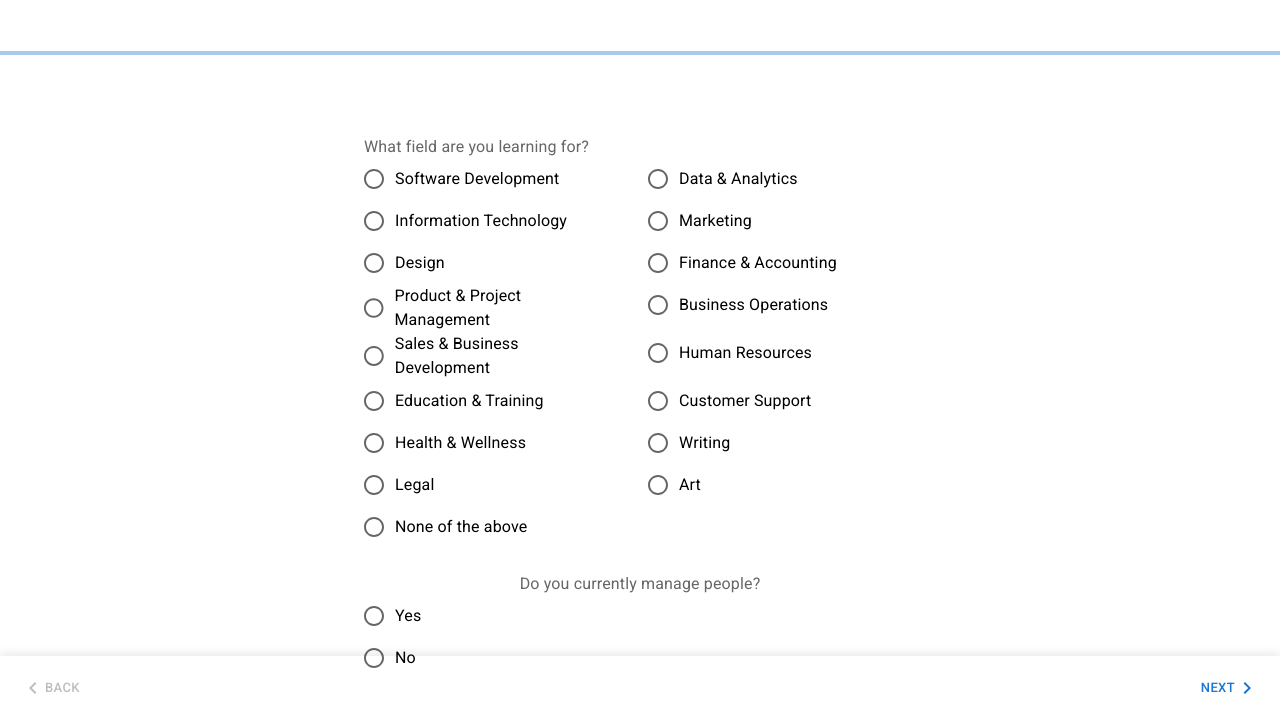
Repository: Quanf-dev/udemyclone
Page: /field (app in client/)
The author's editor kept a copy of each file at every save. The page is drawn from the files as they stood at one save, then again after the next save.
The browser window is 1280 px wide. The pictures show the whole page.
The page's requests for data from a server got no answer. The project was rebuilt for these pictures with package versions that can differ from the ones it lists, and the page was loaded fresh each time. No one was signed in, and anything a server would have sent is missing. Also part of the build but not shown: client/vite.config.js, client/src/components/header/Header.css, client/src/components/header/Header.jsx, client/src/components/nav-bar/NavBar.module.css, client/src/components/search-bar/SearchBar.module.css, client/src/components/search-bar/SearchBar.jsx, client/src/components/teach-on-udemy-modal/ConfirmTeachModal.module.css, client/src/components/teach-on-udemy-modal/ConfirmTeachModal.jsx and 88 more.

Above is the page before, as saved 2024-12-19 20:19:43.

### client/src/main.jsx
import { StrictMode } from "react";
import { createRoot } from "react-dom/client";
import "./css/index.css";
import App from "./App.jsx";

createRoot(document.getElementById("root")).render(
  <StrictMode>
    <App />
  </StrictMode>
);

### client/src/css/index.css
@import "./reset.css";

body {
  font-family: -apple-system, BlinkMacSystemFont, "Segoe UI", "Roboto", "Oxygen",
    "Ubuntu", "Cantarell", "Fira Sans", "Droid Sans", "Helvetica Neue",
    sans-serif;
  -webkit-font-smoothing: antialiased;
  -moz-osx-font-smoothing: grayscale;
}

code {
  font-family: source-code-pro, Menlo, Monaco, Consolas, "Courier New",
    monospace;
}

### client/src/App.jsx
import { createContext, useEffect, useState } from "react";
import "./App.css";
import { BrowserRouter as Router, Routes, Route } from "react-router-dom";
import HomePage from "./pages/home-page/HomePage";
import SingleCoursePage from "./pages/single-course-page/SingleCoursePage";
import PageNotFound from "./components/page-not-found/PageNotFound";
import PersonalizeFieldPage from "./pages/personalize-field-page/PersonalizeFieldPage";
import SignupPage from "./pages/auth-page/signup-page/SignupPage";
import { fetchSeveralCourses } from "./service/api.service";
import LoginPage from "./pages/auth-page/login-page/LoginPage";
import EditProfilePage from "./pages/edit-profile-page/EditProfilePage";
import ProtectedRouteProfile from "./protectedRouter/ProtectedRouteProfile";
import SuccessPayment from "./pages/success-payment-page/SuccessPayment";
import FavoriteCourses from "./pages/favorite-courses-page/FavoriteCourses";

export const Data = createContext();
export const FetchState = createContext();
export const SearchTermContext = createContext();
export const SetSearchTermContext = createContext();

function App() {
  const [coursesData, setCoursesData] = useState({});
  const [fetched, setAsFetched] = useState(false);

  useEffect(() => {
    // const getData = () => {
    //   fetch("https://api.npoint.io/97d7e0d71e507947a59f")
    //     .then((response) => response.json())
    //     .then((jsonFile) => {
    //       setCoursesData(jsonFile["data"]);
    //       setAsFetched(true);
    //     });
    // };
    // getData();

    loadData();
  }, []);

  const loadData = async () => {
    const res = await fetchSeveralCourses();
    setCoursesData(res.data);
    setAsFetched(true);

    console.log(res.data);
  };

  return (
    <Data.Provider value={coursesData}>
      <FetchState.Provider value={fetched}>
        <Router>
          {" "}
          <Routes>
            {" "}
            <Route path="/" element={<HomePage />} />{" "}
            <Route
              path="/courses/:courseId"
              element={<SingleCoursePage />}
            ></Route>
            <Route path="*" element={<PageNotFound />}></Route>
            <Route path="field" element={<PersonalizeFieldPage />}></Route>
            <Route
              path="edit-profile"
              element={
                // <ProtectedRouteProfile>
                //   <EditProfilePage />
                // </ProtectedRouteProfile>
                <EditProfilePage />
              }
            />{" "}
            <Route path="signup" element={<SignupPage />}></Route>
            <Route path="payment" element={<SuccessPayment />}></Route>
            <Route path="favorite" element={<FavoriteCourses />}></Route>
            <Route path="login" element={<LoginPage />}></Route>
          </Routes>{" "}
        </Router>
      </FetchState.Provider>
    </Data.Provider>
  );
}

export default App;

### client/src/css/reset.css
html {
  line-height: 1.5;
  box-sizing: border-box;
  scroll-behavior: smooth;
}
* {
  margin: 0;
  padding: 0;
}
*,
*:before,
*:after {
  box-sizing: border-box;
}
input,
textarea,
select,
button {
  outline: none;
  font: inherit;
}
input {
  line-height: normal;
}
label,
button {
  cursor: pointer;
  user-select: none !important;
}
ul {
  list-style: none;
}
a {
  text-decoration: none;
}
img,
picture,
video,
canvas,
svg {
  display: block;
  max-width: 100%;
  user-select: none !important;
}

p,
h1,
h2,
h3,
h4,
h5,
h6 {
  overflow-wrap: break-word;
}

/* Mobie: width < 740px */
@media only screen and (max-width: 46.1875em) {
  input[type="color"],
  input[type="date"],
  input[type="datetime"],
  input[type="datetime-local"],
  input[type="email"],
  input[type="month"],
  input[type="number"],
  input[type="password"],
  input[type="search"],
  input[type="tel"],
  input[type="text"],
  input[type="time"],
  input[type="url"],
  input[type="week"],
  select:focus,
  textarea {
    font-size: 16px;
  }
}

### client/src/pages/personalize-field-page/PersonalizeFieldPage.jsx
import React from "react";
import HorizontalLinearStepper from "./components/horizontal-linear-stepper/HorizontalLinearStepper";
import NavBar from "../../components/nav-bar/NavBar";
import SurveyForm from "./components/survey-form/SurveyForm";

const PersonalizeFieldPage = () => {
  return (
    <>
      <HorizontalLinearStepper />
    </>
  );
};

export default PersonalizeFieldPage;

### client/src/service/api.service.js
import axios from "./axios.customize"

// user
const createUser = (data) => {
    const URL_BACKEND = '/v1/user'

    return axios.post(URL_BACKEND, data)
}

const fetchUser = (id) => {
    const URL_BACKEND = `/v1/user/${id}`

    return axios.get(URL_BACKEND)
}

const fetchSeveralUsersForRoot = (current, size) => {
    const URL_BACKEND = `/v1/users?page=${current}&size=${size}`

    return axios.get(URL_BACKEND)
}

const fetchSeveralUsersForAdmin = (current, size) => {
    const URL_BACKEND = `/v1/users?page=${current}&size=${size}&filter=role!'ROOT'`

    return axios.get(URL_BACKEND)
}

const deleteUser = (id) => {
    const URL_BACKEND = `/v1/user/${id}`

    return axios.delete(URL_BACKEND)
}

const updateUser = (data) => {
    const URL_BACKEND = `/v1/user`

    return axios.put(URL_BACKEND, data)
}

const activeUser = (id, isActive) => {
    const URL_BACKEND = `/v1/user/${id}`

    return axios.patch(URL_BACKEND, { active: isActive })
}

// field
const fetchSeveralFields = () => {
    const URL_BACKEND = `/v1/fields`

    return axios.get(URL_BACKEND)
}

// skill
const fetchSeveralSkills = () => {
    const URL_BACKEND = `/v1/skills`

    return axios.get(URL_BACKEND)
}

//achievement
const fetchSeveralAchievements = () => {
    const URL_BACKEND = `/v1/achievements`

    return axios.get(URL_BACKEND)
}

//file
const uploadFile = (file, folder, id) => {
    const URL_BACKEND = "/v1/file"

    // can thiệp vào request header
    let config = {
        headers: {
            "Content-type": "multipart/form-data"
        }
    }

    const bodyFormData = new FormData()

    // truyền vào key và value
    bodyFormData.append("folder", folder)
    bodyFormData.append("file", file)
    bodyFormData.append("id", id)

    return axios.post(URL_BACKEND, bodyFormData, config)
}

//auth
const login = (data) => {
    const URL_BACKEND = "/v1/login"

    return axios.post(URL_BACKEND, data)
}

const sendEmailVerification = (email) => {
    const URL_BACKEND = "/v1/email/register"

    const data = {
        loginName: email
    }

    const config = {
        withCredentials: true,  // Quan trọng để xử lý cookie
        headers: {
            'Content-Type': 'application/json'
        }
    };


    return axios.post(URL_BACKEND, data, config);
}

// course
const fetchSeveralCourses = () => {
    const URL_BACKEND = "/v1/courses"

    return axios.get(URL_BACKEND);
}

const fetchCourse = (id) => {
    const URL_BACKEND = `/v1/course/${id}`

    return axios.get(URL_BACKEND);
}

export {
    createUser, fetchUser, fetchSeveralUsersForRoot, fetchSeveralUsersForAdmin, deleteUser, updateUser, activeUser,
    fetchSeveralFields,
    fetchSeveralSkills,
    fetchSeveralAchievements,
    uploadFile,
    login, sendEmailVerification,
    fetchSeveralCourses, fetchCourse
}

### client/src/pages/personalize-field-page/components/horizontal-linear-stepper/HorizontalLinearStepper.jsx
import * as React from "react";
import { useTheme } from "@mui/material/styles";
import MobileStepper from "@mui/material/MobileStepper";
import Button from "@mui/material/Button";
import KeyboardArrowLeft from "@mui/icons-material/KeyboardArrowLeft";
import KeyboardArrowRight from "@mui/icons-material/KeyboardArrowRight";
import { Box, Container } from "@mui/material";
import styles from "./HorizontalLinearStepper.module.css";
import SurveyForm from "../survey-form/SurveyForm";
import Occupations from "../occupations-form/Occupations";
import { useNavigate } from "react-router-dom";

export default function HorizontalLinearStepper() {
  const maxSteps = 2;
  const [activeStep, setActiveStep] = React.useState(0);
  const navigate = useNavigate();
  const handleNext = () => {
    if (activeStep === maxSteps) navigate("/");
    setActiveStep((prevActiveStep) => prevActiveStep + 1);
  };

  const handleBack = () => {
    setActiveStep((prevActiveStep) => prevActiveStep - 1);
  };
  const steps = [
    {
      content: <SurveyForm />,
    },
    {
      content: <Occupations />,
    },
  ];

  return (
    <div>
      <nav className={styles.nav}></nav>
      <Box sx={{ maxWidth: "100vw" }}>
        <MobileStepper
          variant="progress"
          steps={maxSteps}
          position="static"
          activeStep={activeStep}
          className={styles.MobileStepper}
        />
        <Container sx={{ mt: 4, display: "flex", justifyContent: "center" }}>
          <Box
            component="form"
            sx={{
              width: "100%",
              maxWidth: 600,
              display: "flex",
              flexDirection: "column",
              alignItems: "start",
            }}
          >
            {steps[activeStep].content}
          </Box>
        </Container>

        <BottomNavigation
          handleBack={handleBack}
          handleNext={handleNext}
          activeStep={activeStep}
          maxSteps={maxSteps}
        />
      </Box>
    </div>
  );
}

const BottomNavigation = ({ handleBack, handleNext, activeStep, maxSteps }) => {
  const theme = useTheme();

  return (
    <Box
      sx={{
        position: "fixed",
        bottom: 0,
        width: "100%",
        display: "flex",
        justifyContent: "space-between",
        padding: 2,
        boxShadow: "0 -2px 10px rgba(0, 0, 0, 0.1)",
      }}
    >
      <Button size="small" onClick={handleBack} disabled={activeStep === 0}>
        {theme.direction === "rtl" ? (
          <KeyboardArrowRight />
        ) : (
          <KeyboardArrowLeft />
        )}
        Back
      </Button>
      <Button
        size="small"
        onClick={handleNext}
        disabled={activeStep === maxSteps - 1}
      >
        Next
        {theme.direction === "rtl" ? (
          <KeyboardArrowLeft />
        ) : (
          <KeyboardArrowRight />
        )}
      </Button>
    </Box>
  );
};

### client/src/pages/personalize-field-page/components/survey-form/SurveyForm.jsx
import React from "react";
import {
  Box,
  Container,
  FormControl,
  FormLabel,
  RadioGroup,
  FormControlLabel,
  Radio,
  Button,
  Typography,
  Grid,
} from "@mui/material";

const SurveyForm = () => {
  const [field, setField] = React.useState("");
  const [managePeople, setManagePeople] = React.useState("");

  const handleFieldChange = (event) => {
    setField(event.target.value);
  };

  const handleManagePeopleChange = (event) => {
    setManagePeople(event.target.value);
  };

  return (
    <Container sx={{ mt: 4, display: "flex", justifyContent: "center" }}>
      <Box
        component="form"
        sx={{
          width: "100%",
          maxWidth: 600,
          display: "flex",
          flexDirection: "column",
          alignItems: "start",
        }}
      >
        <FormControl component="fieldset" fullWidth margin="normal">
          <FormLabel component="legend">
            What field are you learning for?
          </FormLabel>
          <RadioGroup value={field} onChange={handleFieldChange}>
            <Grid container columnSpacing={2}>
              <Grid item xs={12} sm={6}>
                <FormControlLabel
                  value="software-development"
                  control={<Radio />}
                  label="Software Development"
                />
              </Grid>
              <Grid item xs={12} sm={6}>
                <FormControlLabel
                  value="data-analytics"
                  control={<Radio />}
                  label="Data & Analytics"
                />
              </Grid>
              <Grid item xs={12} sm={6}>
                <FormControlLabel
                  value="information-technology"
                  control={<Radio />}
                  label="Information Technology"
                />
              </Grid>
              <Grid item xs={12} sm={6}>
                <FormControlLabel
                  value="marketing"
                  control={<Radio />}
                  label="Marketing"
                />
              </Grid>
              <Grid item xs={12} sm={6}>
                <FormControlLabel
                  value="design"
                  control={<Radio />}
                  label="Design"
                />
              </Grid>
              <Grid item xs={12} sm={6}>
                <FormControlLabel
                  value="finance-accounting"
                  control={<Radio />}
                  label="Finance & Accounting"
                />
              </Grid>
              <Grid item xs={12} sm={6}>
                <FormControlLabel
                  value="product-project-management"
                  control={<Radio />}
                  label="Product & Project Management"
                />
              </Grid>
              <Grid item xs={12} sm={6}>
                <FormControlLabel
                  value="business-operations"
                  control={<Radio />}
                  label="Business Operations"
                />
              </Grid>
              <Grid item xs={12} sm={6}>
                <FormControlLabel
                  value="sales-business-development"
                  control={<Radio />}
                  label="Sales & Business Development"
                />
              </Grid>
              <Grid item xs={12} sm={6}>
                <FormControlLabel
                  value="human-resources"
                  control={<Radio />}
                  label="Human Resources"
                />
              </Grid>
              <Grid item xs={12} sm={6}>
                <FormControlLabel
                  value="education-training"
                  control={<Radio />}
                  label="Education & Training"
                />
              </Grid>
              <Grid item xs={12} sm={6}>
                <FormControlLabel
                  value="customer-support"
                  control={<Radio />}
                  label="Customer Support"
                />
              </Grid>
              <Grid item xs={12} sm={6}>
                <FormControlLabel
                  value="health-wellness"
                  control={<Radio />}
                  label="Health & Wellness"
                />
              </Grid>
              <Grid item xs={12} sm={6}>
                <FormControlLabel
                  value="writing"
                  control={<Radio />}
                  label="Writing"
                />
              </Grid>
              <Grid item xs={12} sm={6}>
                <FormControlLabel
                  value="legal"
                  control={<Radio />}
                  label="Legal"
                />
              </Grid>
              <Grid item xs={12} sm={6}>
                <FormControlLabel value="art" control={<Radio />} label="Art" />
              </Grid>
              <Grid item xs={12} sm={6}>
                <FormControlLabel
                  value="none"
                  control={<Radio />}
                  label="None of the above"
                />
              </Grid>
            </Grid>
          </RadioGroup>
        </FormControl>

        <FormControl component="fieldset" fullWidth margin="normal">
          <FormLabel component="legend" sx={{ textAlign: "center" }}>
            Do you currently manage people?
          </FormLabel>
          <RadioGroup value={managePeople} onChange={handleManagePeopleChange}>
            <FormControlLabel value="yes" control={<Radio />} label="Yes" />
            <FormControlLabel value="no" control={<Radio />} label="No" />
          </RadioGroup>
        </FormControl>
      </Box>
    </Container>
  );
};

export default SurveyForm;

### client/src/service/axios.customize.js
import axios from "axios";

const instance = axios.create({
  baseURL: import.meta.env.VITE_BACKEND_URL,
});

// Add a request interceptor
// cấu hình request trước khi gọi tới backend
instance.interceptors.request.use(
  function (config) {
    if (
      typeof window !== "undefined" &&
      window &&
      window.localStorage &&
      window.localStorage.getItem("token")
    ) {

      // gán vào header
      config.headers.Authorization =
        "Bearer " + window.localStorage.getItem("token");
    }
    // Do something before request is sent
    return config;
  },
  function (error) {
    // Do something with request error
    return Promise.reject(error);
  }
);

// Add a response interceptor
// cấu hình kết quả (data) trước khi phản hồi , trả về tới frontend
instance.interceptors.response.use(
  function (response) {
    if (response.data && response.data.data) {
      return response.data;
    }

    return response;
  },
  function (error) {
    console.log(error);

    if (error.code === "ERR_NETWORK") {
      return error.message;
    } else if (error.response && error.response.data) {
      return error.response.data;
    } else {
      return "Something wrong!";
    }

    // return Promise.reject(error);
  }
);

export default instance;

### client/src/pages/personalize-field-page/components/horizontal-linear-stepper/HorizontalLinearStepper.module.css
.nav {
  height: 3.2rem;
  padding: 1rem;
  z-index: 9999;
}
.MobileStepper {
  padding: 0px !important;
}
.MobileStepper span {
  width: 100%;
}

Loaded but not shown: client/index.html (common file); client/src/App.css (no stored copy; drawn as an empty file)

After the next save:
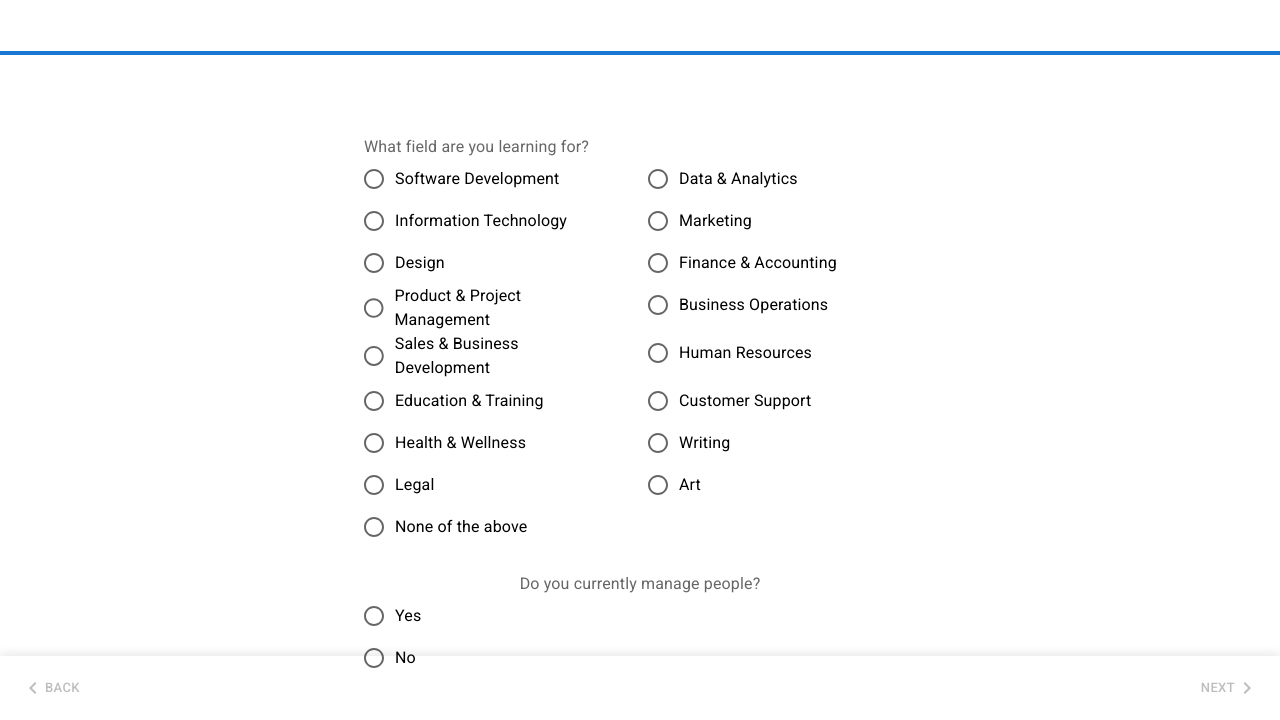
Saved 64 s later.
--- a/client/src/pages/personalize-field-page/components/horizontal-linear-stepper/HorizontalLinearStepper.jsx
+++ b/client/src/pages/personalize-field-page/components/horizontal-linear-stepper/HorizontalLinearStepper.jsx
@@ -11,7 +11,7 @@
 import { useNavigate } from "react-router-dom";
 
 export default function HorizontalLinearStepper() {
-  const maxSteps = 2;
+  const maxSteps = 1;
   const [activeStep, setActiveStep] = React.useState(0);
   const navigate = useNavigate();
   const handleNext = () => {

After the save that followed:
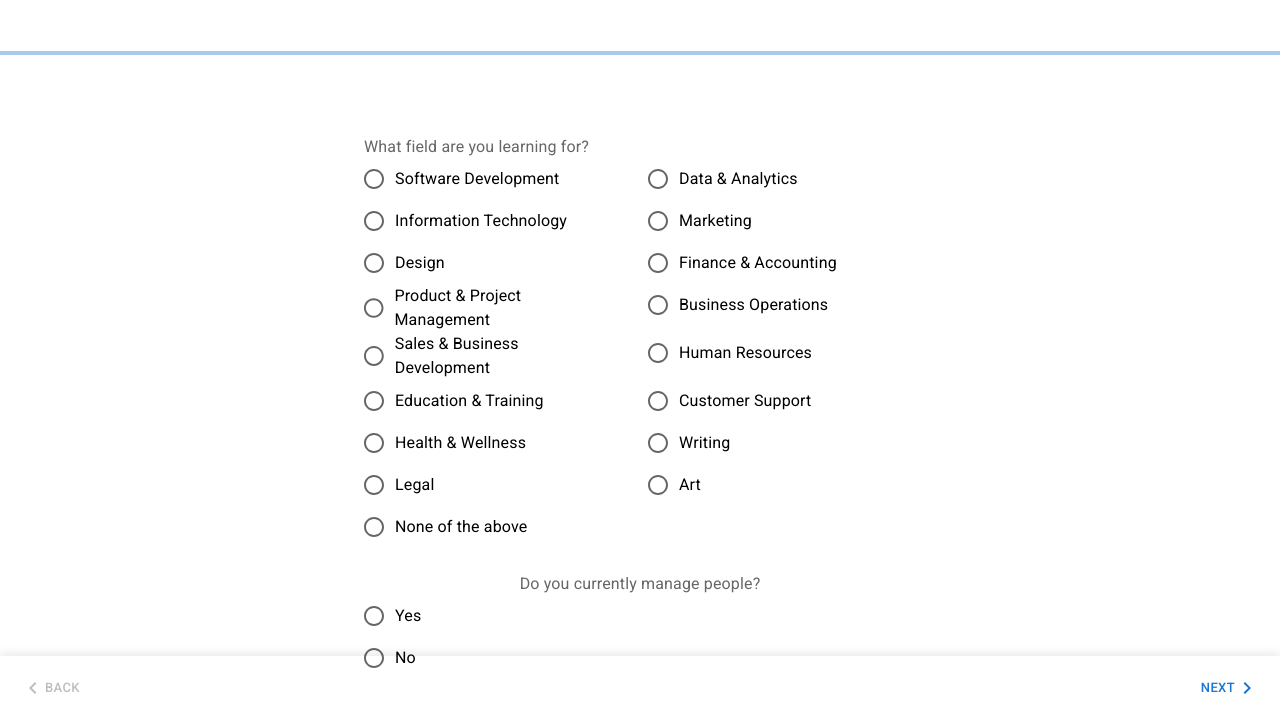
Saved 8 s later.
--- a/client/src/pages/personalize-field-page/components/horizontal-linear-stepper/HorizontalLinearStepper.jsx
+++ b/client/src/pages/personalize-field-page/components/horizontal-linear-stepper/HorizontalLinearStepper.jsx
@@ -11,7 +11,7 @@
 import { useNavigate } from "react-router-dom";
 
 export default function HorizontalLinearStepper() {
-  const maxSteps = 1;
+  const maxSteps = 2;
   const [activeStep, setActiveStep] = React.useState(0);
   const navigate = useNavigate();
   const handleNext = () => {
